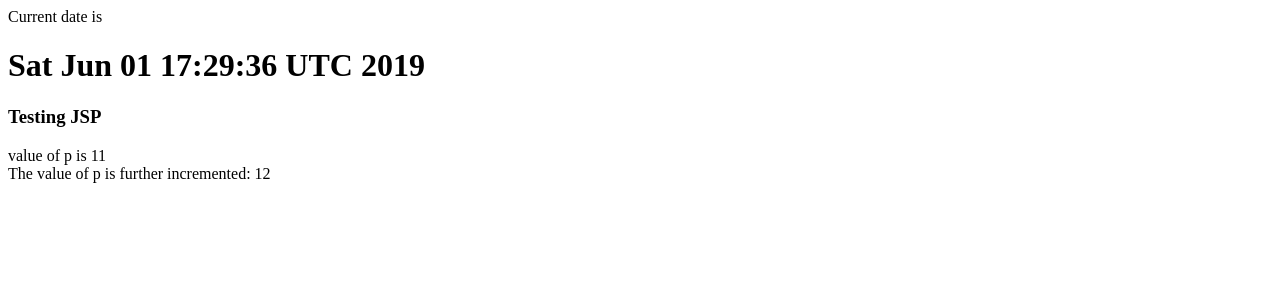
Repository: somakbha/CodeBackUP
Page: http://localhost/SimpleServletProject/test.jsp
The author's editor kept a copy of each file at every save. The page is drawn from the files as they stood at one save, then again after the next save.
The browser window is 1280 px wide. The pictures show the whole page.
The page is served by Tomcat 9.

Above is the page before, as saved 2019-06-15 13:58:24.

After the next save:
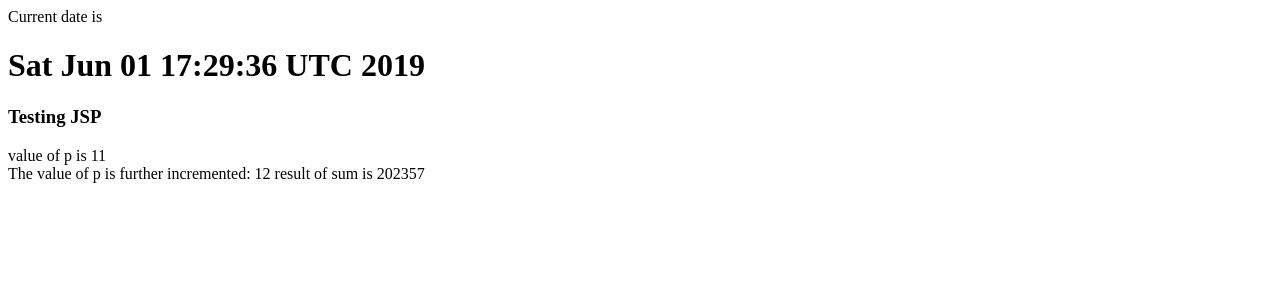
Saved 4 min 30 s later.
--- a/JSP-Servlet-by-java-brains/SimpleServletProject/WebContent/test.jsp
+++ b/JSP-Servlet-by-java-brains/SimpleServletProject/WebContent/test.jsp
@@ -7,6 +7,13 @@
 <title>Insert title here</title>
 </head>
 <body>
+<%!
+public int add (int a, int b)
+{
+	return (a+b);
+}
+
+%>
 Current date is <h1><%= new java.util.Date() %></h1>
 
 <h3>Testing JSP</h3>
@@ -18,6 +25,9 @@
 
 %>
 </br>
+
 The value of p is further incremented: <%=p+1 %>
+
+result of sum is <%=add(123456,78901) %>
 </body>
 </html>
